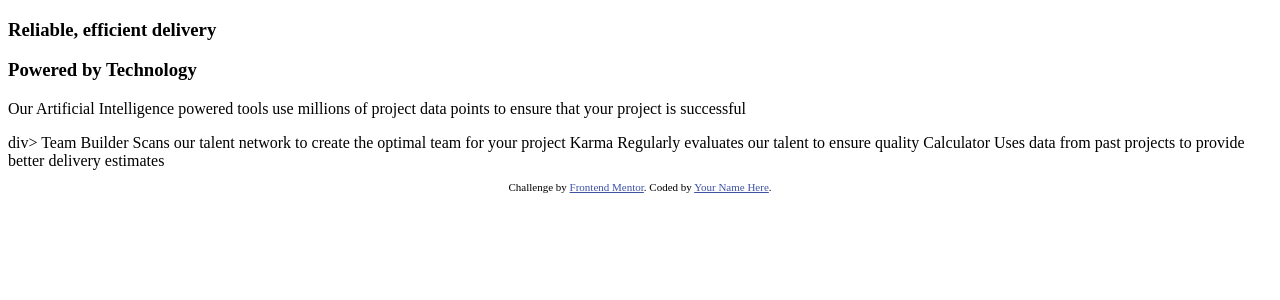
Repository: AngelaMwelu/four-card-page
Page: index.html
An editor plug-in stored every save of this project. The page is shown before and after a run of saves, followed by the edit.
The browser window is 1280 px wide. The pictures show the whole page.

Above is the page before, as saved 2025-05-14 09:56:56.

After the next 3 saves:
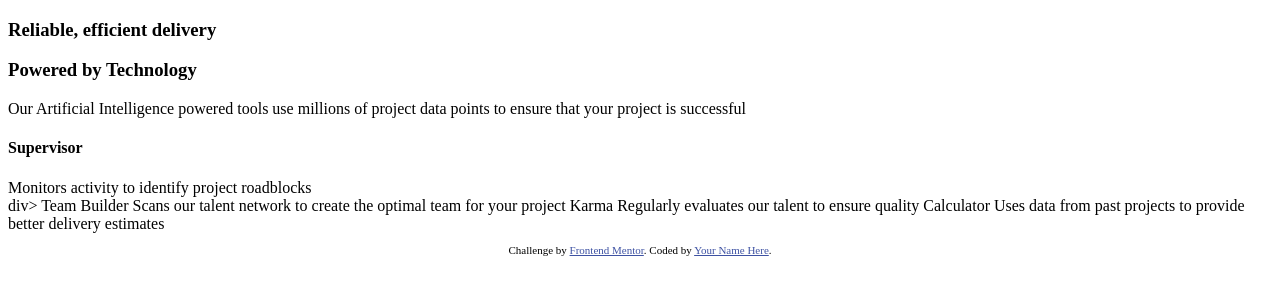
The 3 saves are shown as one change because they came seconds apart.
The last was saved 10 s later.
--- a/index.html
+++ b/index.html
@@ -24,7 +24,7 @@
        to ensure that your project is successful</p>
     </div>
     <div class="Supervisor">
-      <h4Supervisor
+      <h4>Supervisor</h4>
   Monitors activity to identify project roadblocks
     </div>div>
   Team Builder
